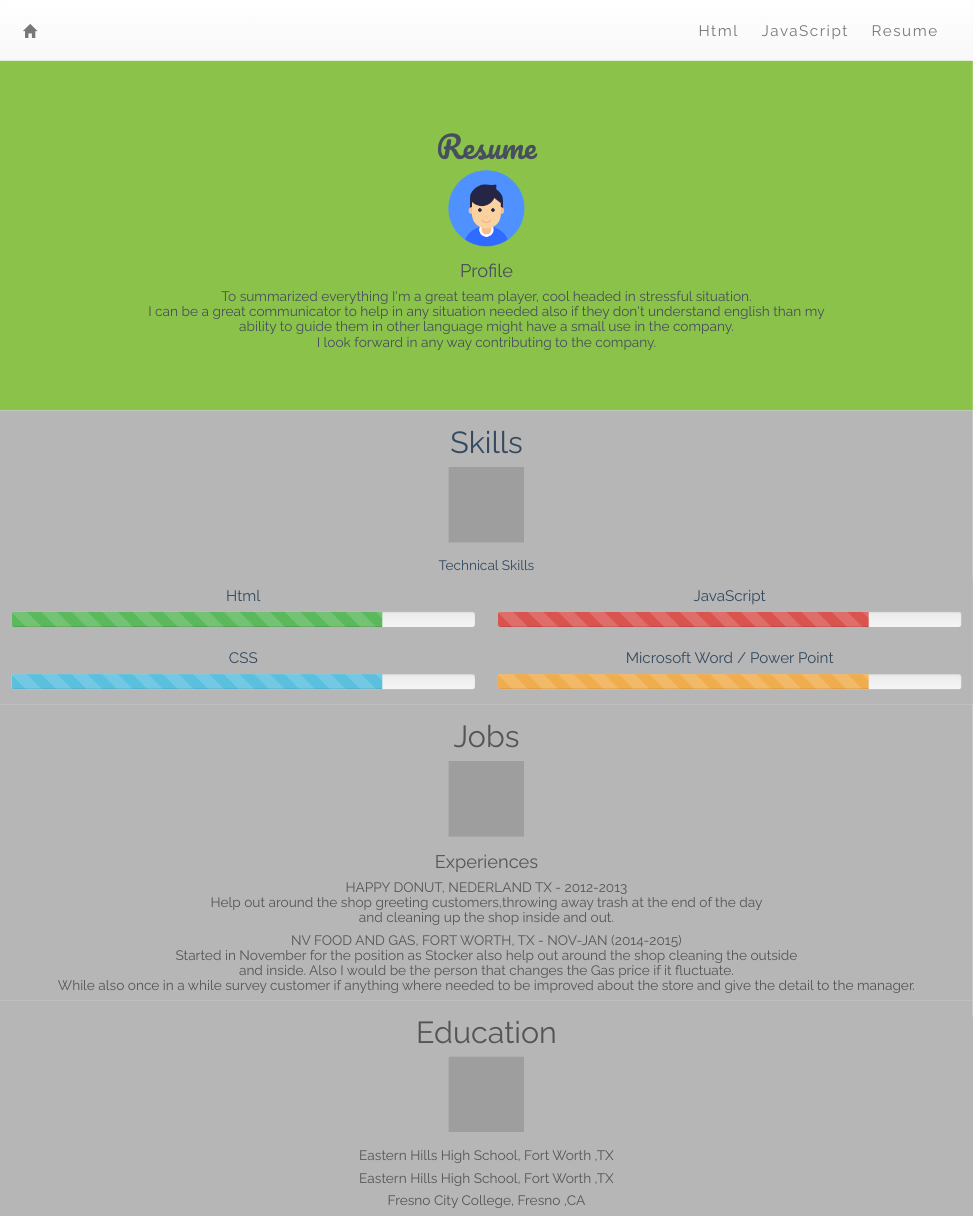
Repository: Milineam6162/workspace
Page: Resume/resume.html
The author's editor kept a record of every edit. The page is drawn from the files as they stood at one moment, then again after the next edit.
The browser window is 1280 px wide. The pictures show the whole page, at 76% of full size.
Pictures or frames that could not be fetched are drawn as grey boxes. Some web libraries are served in a nearby version.

Above is the page before.

### Resume/resume.html
<!DOCTYPE html>
<html>
    <head>
        <title>Home</title>
        <script src="https://ajax.googleapis.com/ajax/libs/jquery/2.1.4/jquery.min.js"></script>
        <link rel="stylesheet" href="resume.css" type="text/css" />
        <link rel="stylesheet" href="https://maxcdn.bootstrapcdn.com/bootstrap/3.3.6/css/bootstrap.min.css" integrity="sha384-1q8mTJOASx8j1Au+a5WDVnPi2lkFfwwEAa8hDDdjZlpLegxhjVME1fgjWPGmkzs7" crossorigin="anonymous">
        <link rel="stylesheet" href="http://maxcdn.bootstrapcdn.com/bootstrap/3.3.5/css/bootstrap.min.css">
        <link rel="stylesheet" href="https://maxcdn.bootstrapcdn.com/bootstrap/3.3.6/css/bootstrap-theme.min.css" integrity="sha384-fLW2N01lMqjakBkx3l/M9EahuwpSfeNvV63J5ezn3uZzapT0u7EYsXMjQV+0En5r" crossorigin="anonymous">
       <link href='https://fonts.googleapis.com/css?family=Raleway' rel='stylesheet' type='text/css'>
        <link href='https://fonts.googleapis.com/css?family=Pacifico' rel='stylesheet' type='text/css'>
        <link href="http://fonts.googleapis.com/css?family=Montserrat" rel="stylesheet">
        <script src="https://maxcdn.bootstrapcdn.com/bootstrap/3.3.6/js/bootstrap.min.js" integrity="sha384-0mSbJDEHialfmuBBQP6A4Qrprq5OVfW37PRR3j5ELqxss1yVqOtnepnHVP9aJ7xS" crossorigin="anonymous"></script>
        <meta name="viewport" content="width=device-width, initial-scale=1">
    </head>
    <body>
        <nav class="nav navbar-default" >
            <div class="container-fluid">
                <div class="navbar-header">
                    <button type="button" class="navbar-toggle" data-toggle="collapse" data-target="#myNavbar">
                        <span class="icon-bar"></span>
                        <span class="icon-bar"></span>
                        <span class="icon-bar"></span>
                    </button>
                    <a class="navbar-brand glyphicon glyphicon-home" href="#"></a>
                </div>
                <div class="collapse navbar-collapse navbar-right" id="myNavbar">
                        <ul class="nav navbar-nav">
                            <li><a href="../Htm/Htm.html">Html</a></li>
                            <li><a href="../Java/java.html">JavaScript</a></li>
                            <li><a href="../Resume/resume.html">Resume</a></li>
                        </ul>
                    </div>
            </div>
        </nav>
<!-- Body Text Content -->
        <div class="container-fluid bg-1 text-center">
          <h2 class="Title">Resume</h2>
          <img class="icons" src="../Img/Icons/person.png" class="img-responsive img-circle " style="display:inline" alt="person" width="100" height="100">
          <h3>Profile</h3>
          <h4 class="">To summarized everything I'm a great team player, cool headed in stressful situation.<br />
          I can be a great communicator to help in any situation needed also if they don't understand english than my <br />
          ability to guide them in other language might have a small use in the company. <br />
          I look forward in any way contributing to the company.
        </div>
        <div class="container-fluid bg-2 text-center">
          <h2 class="title2">Skills</h2>
          <img class="icons" src="https://cdn1.iconfinder.com/data/icons/finance-items/512/idea_lightbulb_light_bulb_creative_concept_solution_creativity_flat_design_icon-512.png" class="img-responsive img-circle " style="display:inline" alt="person" width="100" height="100">
          <h3></h3>
          <h4 class="">Technical Skills</h4>

         <div class="row">
          <div class="col-md-6">
              <h4 class="bartext"> Html </h4>
          <div class="progress">
              <div class="progress-bar progress-bar-success progress-bar-striped" role="progressbar" aria-valuenow="40" aria-valuemin="0" aria-valuemax="100" style="width: 80%">
                <span class="sr-only">80% Complete (success)</span>
              </div>
            </div>
            </div>
             <div class="col-md-6">
              <h4 class="bartext"> JavaScript </h4>
          <div class="progress">
              <div class="progress-bar progress-bar-danger progress-bar-striped" role="progressbar" aria-valuenow="40" aria-valuemin="0" aria-valuemax="100" style="width: 80%">
                <span class="sr-only">80% Complete (success)</span>
              </div>
            </div>
            </div>
        </div>
        <div class="row">
          <div class="col-md-6">
              <h4 class="bartext"> CSS </h4>
          <div class="progress">
              <div class="progress-bar progress-bar-info progress-bar-striped" role="progressbar" aria-valuenow="40" aria-valuemin="0" aria-valuemax="100" style="width: 80%">
                <span class="sr-only">80% Complete (success)</span>
              </div>
            </div>
            </div>
            <div class="col-md-6">
              <h4 class="bartext"> Microsoft Word / Power Point </h4>
          <div class="progress">
              <div class="progress-bar progress-bar-warning progress-bar-striped" role="progressbar" aria-valuenow="40" aria-valuemin="0" aria-valuemax="100" style="width: 80%">
                <span class="sr-only">80% Complete (success)</span>
              </div>
            </div>
            </div>
        </div>
          </div>
        <div class="container-fluid bg-3 text-center">
          <h2 class="title2">Jobs</h2>
          <img class="icons" src="https://cdn4.iconfinder.com/data/icons/marketing-and-business-flat-icons/512/briefcase_work_documents_marketing_business_flat_icon_symbol-512.png" class="img-responsive img-circle " style="display:inline" alt="person" width="100" height="100">
          <h3>Experiences</h3>
          <h4 class="">HAPPY DONUT, NEDERLAND TX - 2012-2013 <br />
                       Help out around the shop greeting customers,throwing away trash at the end of the day <br />
                       and cleaning up the shop inside and out.
          </h4>
          <h4>
              NV FOOD AND GAS, FORT WORTH, TX - NOV-JAN (2014-2015) <br />
              Started in November for the position as Stocker also help out around the shop cleaning the outside <br />
              and inside. Also I would be the person that changes the Gas price if it fluctuate. <br />While also once in a while survey customer if anything where needed to be improved about the store and give the detail to the manager.
          </h4>
        </div>
                <div class="container-fluid bg-3 text-center">
          <h2 class="title2">Education</h2>
          <img class="icons" src="http://www.ernestogbustamante.com/wp-content/uploads/2015/05/Case-Study1.png" class="img-responsive img-circle " style="display:inline" alt="person" width="100" height="100">
          <h3></h3>
          <h4 class="">Eastern Hills High School, Fort Worth ,TX</h4>
          <h4 class="">Eastern Hills High School, Fort Worth ,TX</h4>
          <h4 class="">Fresno City College, Fresno ,CA</h4>
        </div>
    </body>
</html>

### Resume/resume.css
.navbar-default {
    padding-top: 15px;
    padding-bottom: 15px;
    border: 0;
    border-radius: 0;
    margin-bottom: 0;
    font-size: 20px;
    letter-spacing: 2px;
    color: #1abc9c;
    font-family:'Raleway', 'helvetica';
  }
.navbar-nav  li a:hover {
      color: #1abc9c !important;
  }
body {
      font-family:'Raleway', 'helvetica';
      font-size:20px;
      line-height: 1.8;
      color: #f5f6f7;
}
.icons{
        transition-duration: 0.8s;
    transition-property: transform;
    overflow:hidden;
}
.bg-1 {
      background-color: #8BC34A; /* Green */
      color: #474e5d;
       padding-top: 70px;
      padding-bottom: 70px;
      font-family:'Raleway', 'helvetica';
}
.bg-2 {
      background-color: #B6B6B6; /* Dark Blue */
      color: #34495e;
      font-family:'Raleway', 'helvetica';

}
.col-md-6 {
      background-color: #B6B6B6; /* Dark Blue */
      color: #34495e;
      font-family:'Raleway', 'helvetica';

}
.bg-3 {
      background-color: #B6B6B6; /* White */
      color: #555555;
      font-family:'Raleway', 'helvetica';
 }
 .bg-4 {
      background-color: #B6B6B6; /* White */
      color: #555555;
      font-family:'Raleway', 'helvetica';
 }
.Title {
    font-family:'Pacifico','helvetica' ;
    font-size:40px;
}
.gif{
    border-radius:10%;
    width:400px;
}
.title2 {
    font-family:'Raleway','helvetica' ;
    font-size:40px;
}
.bartext {
    font-family:'Raleway','helvetica' ;
    font-size:20px;
}

After the next edit:
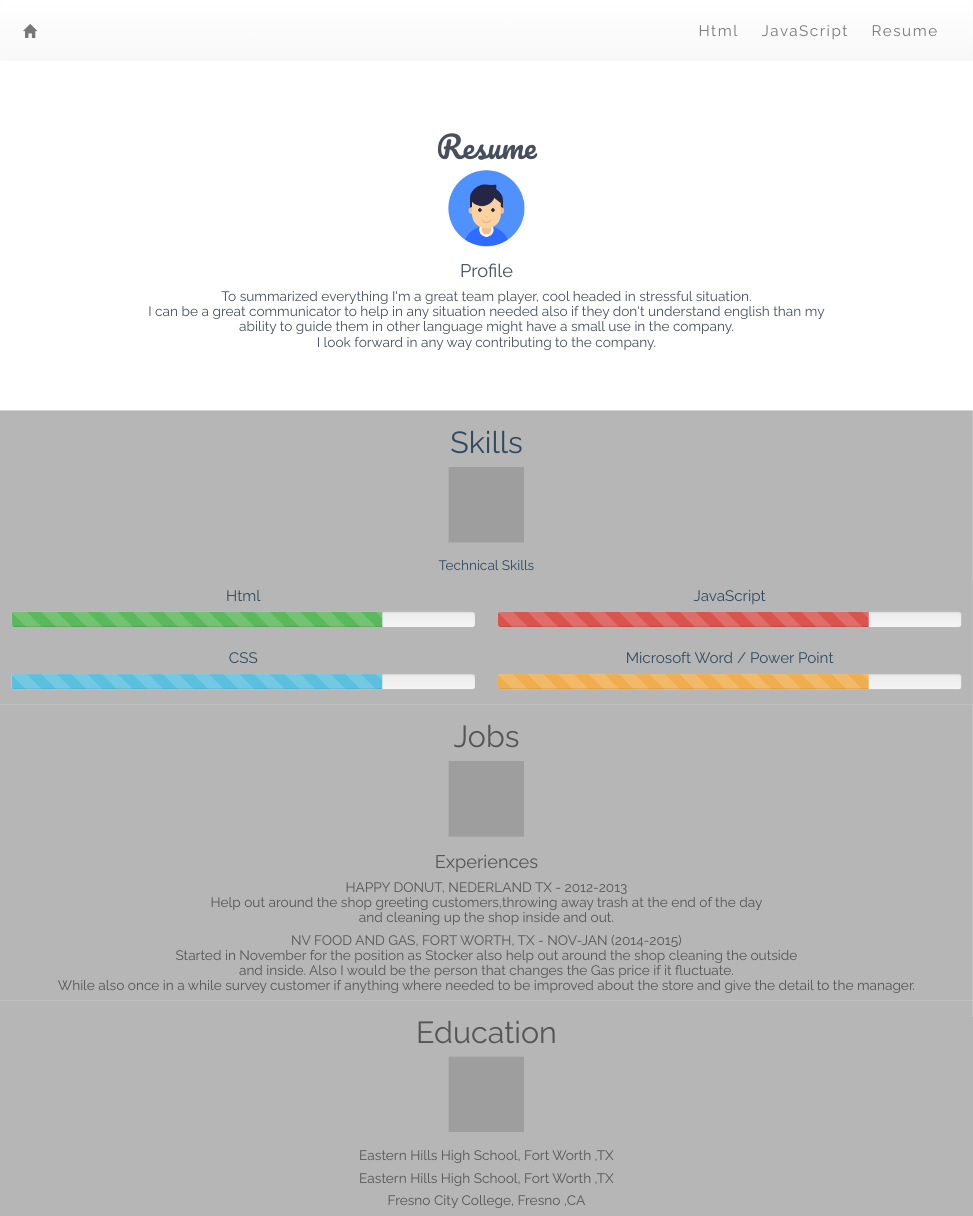
The edit:
--- a/Resume/resume.css
+++ b/Resume/resume.css
@@ -24,7 +24,7 @@
     overflow:hidden;
 }
 .bg-1 {
-      background-color: #8BC34A; /* Green */
+      background-color: #FFFFFF; /* Green */
       color: #474e5d;
        padding-top: 70px;
       padding-bottom: 70px;
